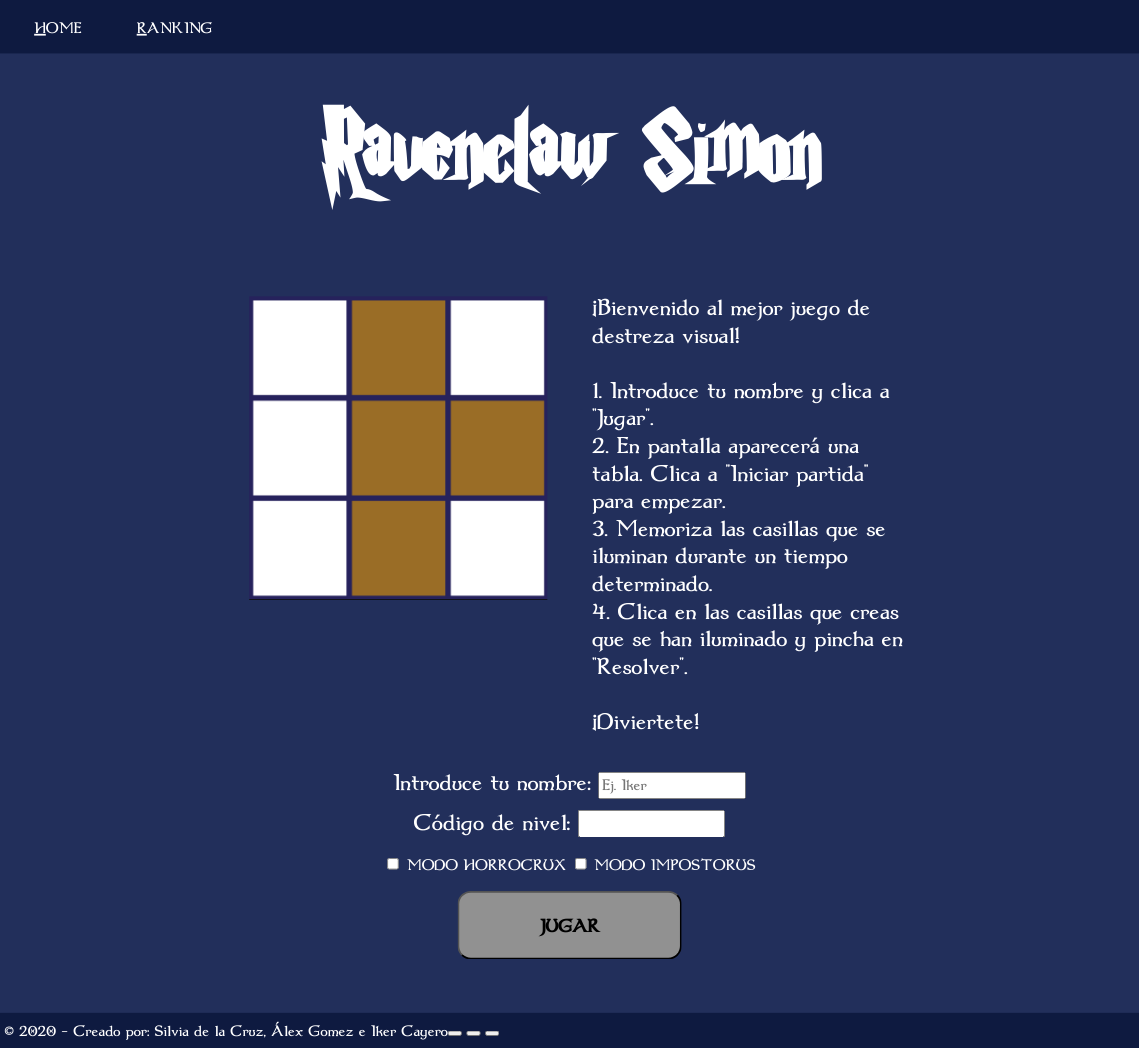
Repository: alexgomezdev/RavenclawSimon
Page: http://localhost/
These files come from the project's save history. The page is drawn as it stood at one moment and after the next save; the edit follows.
The browser window is 1280 px wide. The pictures show the whole page, at 89% of full size.
The page is run by PHP 8.4 with error messages shown; the project is at /var/www/html/.

Above is the page before, as saved 2020-11-05 15:51:37.

### index.php
<!DOCTYPE html>
<html>
<?php
//prueba
session_start();
?>

<head>
    <meta charset="UTF-8">
    <title>Ravenclaw Simon</title>
    <link rel="stylesheet" href="templates/general.css">
    <link rel="stylesheet" href="templates/index.css">
</head>

<body>
    <header>
        <div id="home_link_div">
            <a href="index.php" id="home_link" accesskey="h"><underline class='accesskey'>H</underline>OME</a>
        </div>
        <div id="ranking_link_div">
            <a href="ranking.php" id="ranking_link" accesskey="r"><underline class='accesskey'>R</underline>ANKING</a>
        </div>
    </header>
    <main>
        <div id="title">
            <h1>Ravenclaw Simon</h1>
        </div>
        <div class="container">
            <div id="img">
                <img src="templates/assets/home_img.png" alt="Simon Game">
            </div>
            <div id="manual">
                <p id="manual_paragraph">
                    ¡Bienvenido al mejor juego de destreza visual!
                    <br>
                    <br>
                    1. Introduce tu nombre y clica a "Jugar".
                    <br>
                    2. En pantalla aparecerá una tabla. Clica a "Iniciar partida" para empezar.
                    <br>
                    3. Memoriza las casillas que se iluminan durante un tiempo determinado.
                    <br>
                    4. Clica en las casillas que creas que se han iluminado y pincha en "Resolver".
                    <br>
                    <br>
                    ¡Diviertete!
                </p>
            </div>
        </div>
        <form method="POST" action="start.php">
            <div id="name_introduction">
                <?php
                if (isset($_SESSION['user'])) {
                    echo "<label for='username'>Introduce tu nombre: </label><input type='text' id='username' name='username' placeholder='Ej. Iker' value='" . $_SESSION['user'] . "' required oninvalid='this.setCustomValidity(\"Introduce un nombre\")' onchange='this.setCustomValidity(\"\")'>";
                } else {
                    echo '<label for="username">Introduce tu nombre: </label><input type="text" id="username" name="username" placeholder="Ej. Iker" required oninvalid="this.setCustomValidity(\'Introduce un nombre\')" onchange="this.setCustomValidity(\'\')">';
                }
                ?>
            </div>
            <div id="level_introduction">
                <label for="username">Código de nivel: </label><input type="text" id="level" name="level" />
            </div>
            <div id="games_type">
                <input type="checkbox" class="checkbox" id="lier" name="lier">
                <label for="lier" title="Modo mentiroso">MODO HORROCRUX</label>
                <input type="checkbox" class="checkbox" id="survive" name="survive">
                <label for="survive" title="Modo supervivencia">MODO IMPOSTORUS</label>
            </div>
            <div id="button_div">
                <button id="button_play" accesskey="j">
                    <h3><underline class='accesskey'>J</underline>UGAR</h3>
                </button>
            </div>
        </form>
    </main>
    <footer>
        <div id="footer_content">
            &#0169 2020 - Creado por: Silvia de la Cruz, Álex Gomez e Iker Cayero
        </div>
        <div class="audio">
            <audio id="audio" src="./templates/assets/audio/ringtones-harry-potter.mp3"></audio>
            <div>
                <i class="far fa-play-circle" onclick="document.getElementById('audio').play()"></i>
                <button onclick="document.getElementById('audio').pause()"></button>
                <button onclick="document.getElementById('audio').volume+=0.1"></button>
                <button onclick="document.getElementById('audio').volume-=0.1"></button>
            </div>
        </div>
    </footer>
</body>

</html>

### templates/general.css
@font-face {
  font-family: "Harry_Potter";
  src: url("../templates/typography/HARRYP.TTF") format("truetype");
}

@font-face {
  font-family: "Dumbledore";
  src: url("../templates/typography/dumbledor.1.ttf") format("truetype");
}

html {
  min-height: 100%;
  position: relative;
}

body {
  font-family: "Dumbledore";
  background-color: #222f5b;
}

header {
  background-color: #0e1a40;
  top: 0;
  left: 0;
  position: fixed;
  width: 100%;
  height: 60px;
  display: inline-flex;
}

#home_link_div {
  margin-left: 3%;
  padding-top: 9px;
  text-align: center;
  width: 3%;
  height: 100%;
  margin-right: none;
}

#home_link {
  display: flex;
  justify-content: center;
  align-items: center;
  color: #ffffff;
  font-size: 20px;
  text-decoration: none;
  width: min-content;
  height: 60%;
  margin-top: 10%;
  margin-bottom: 10%;
}

#title {
  color: #ffffff;
  font-family: "Harry_Potter";
  font-size: 60px;
  width: 100%;
  text-align: center;
  margin-top: 120px;
}

underline {
  text-decoration: underline;
}
main {
  width: 100%;
}

footer {
  color: #ffffff;
  background-color: #0e1a40;
  bottom: 0;
  left: 0;
  position: absolute;
  width: 100%;
  height: 30px;
  display: flex;
  padding-top: 10px;
  clear: both;
}

#footer_content {
  margin-left: 5px;
  color: #ffffff;
  font-size: 20px;
  vertical-align: center;
  height: 60%;
}

### templates/index.css
#ranking_link_div {
  margin-left: 6%;
  padding-top: 9px;
  text-align: center;
  width: 3%;
  height: 100%;
  margin-right: none;
}

#ranking_link {
  display: flex;
  justify-content: center;
  align-items: center;
  color: #ffffff;
  font-size: 20px;
  text-decoration: none;
  width: min-content;
  height: 60%;
  margin-top: 10%;
  margin-bottom: 10%;
}

.container {
  display: flex;
  margin-top: 5%;
  margin-right: 15%;
  margin-bottom: 3%;
  width: 100%;
}

#img {
  padding-top: 1%;
  text-align: right;
  width: 48%;
  height: 100%;
  margin-right: 2%;
}

#manual {
  color: #ffffff;
  width: 28%;
  height: 100%;
  margin-left: 2%;
  font-size: 30px;
}

#manual_paragraph {
  margin-bottom: 0px;
  margin-top: 10px;
}

#button_div {
  margin-top: 20px;
  margin-bottom: 100px;
  text-align: center;
  width: 100%;
}

#button_play {
  border-radius: 15px;
  background-color: #919191;
  font-family: "Dumbledore";
  font-size: 20px;
  width: 20%;
  height: 100%;
}

#button_play:hover {
  color: #5d5d5d;
  background-color: #ffffff;
}

#name_introduction {
  font-size: 30px;
  text-align: center;
  width: 100%;
  color: #ffffff;
}

#username {
  height: 25px;
  font-family: "Dumbledore";
  font-size: 20px;
}

#games_type{
  font-size: 20px;
  color: #ffffff;
  margin-top: 20px;
  text-align: center;
}

#level_introduction {
  font-size: 30px;
  text-align: center;
  width: 100%;
  color: #ffffff;
}

#level {
  margin-top: 1%;
  height: 25px;
  font-family: "Dumbledore";
  font-size: 20px;
}

After the next save:
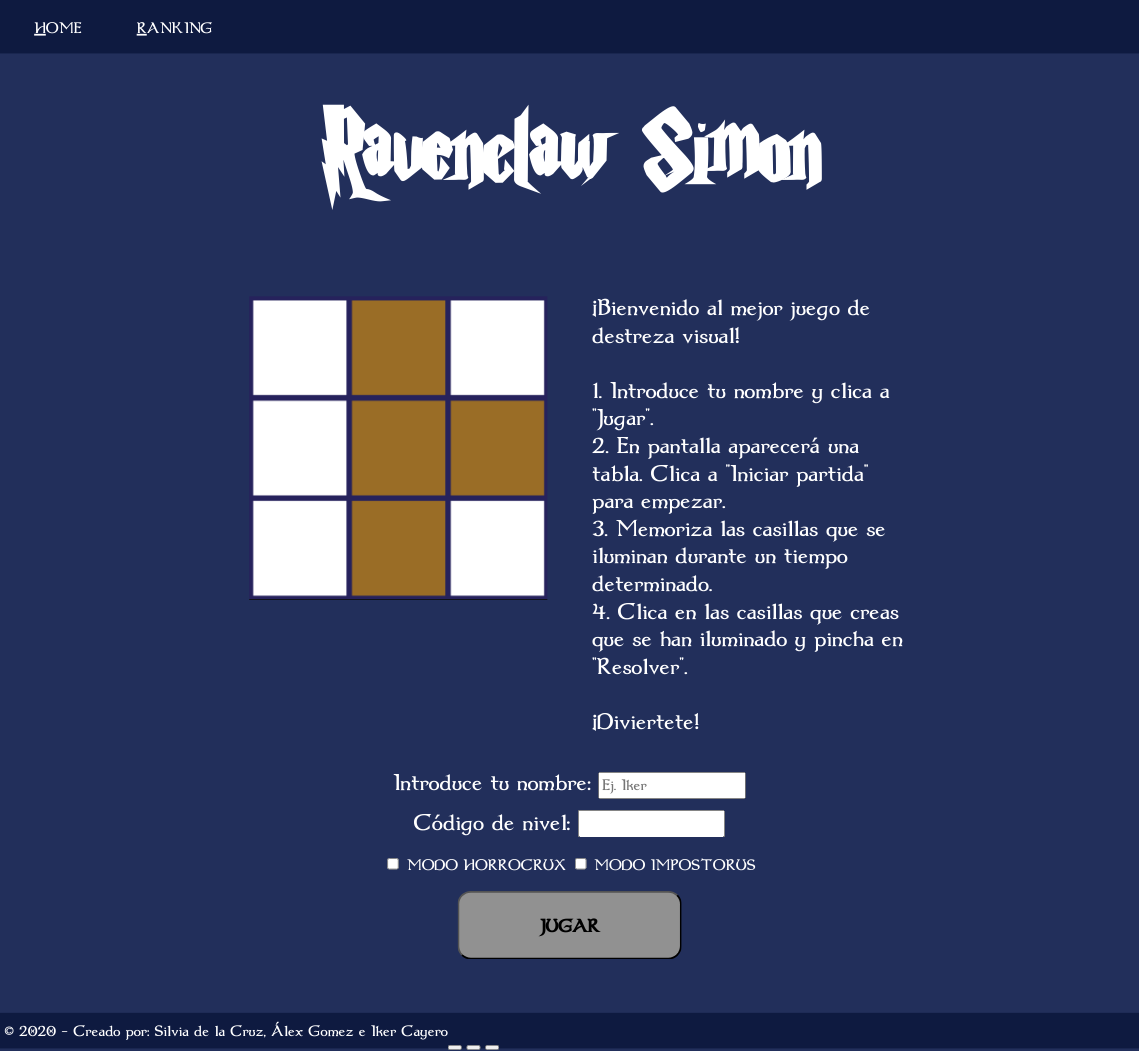
Saved 2 min 8 s later.
--- a/index.php
+++ b/index.php
@@ -80,7 +80,7 @@
         <div class="audio">
             <audio id="audio" src="./templates/assets/audio/ringtones-harry-potter.mp3"></audio>
             <div>
-                <i class="far fa-play-circle" onclick="document.getElementById('audio').play()"></i>
+                <p><i class="far fa-play-circle" onclick="document.getElementById('audio').play()"></i></p>
                 <button onclick="document.getElementById('audio').pause()"></button>
                 <button onclick="document.getElementById('audio').volume+=0.1"></button>
                 <button onclick="document.getElementById('audio').volume-=0.1"></button>
